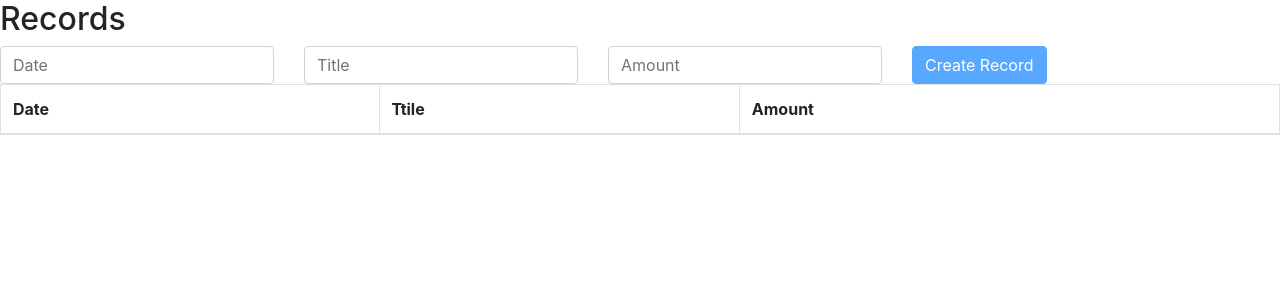
Repository: wjszydygns/accouts
Page: /
An editor plug-in stored every save of this project. The page is shown before and after the next save, followed by the edit.
The browser window is 1280 px wide. The pictures show the whole page.
The page's requests for data from a server got no answer. The project was rebuilt for these pictures with package versions that can differ from the ones it lists, and the page was loaded fresh each time. No one was signed in, and anything a server would have sent is missing. Also part of the build but not shown: src/components/record.jsx.

Above is the page before, as saved 2018-11-30 15:26:50.

After the next save:
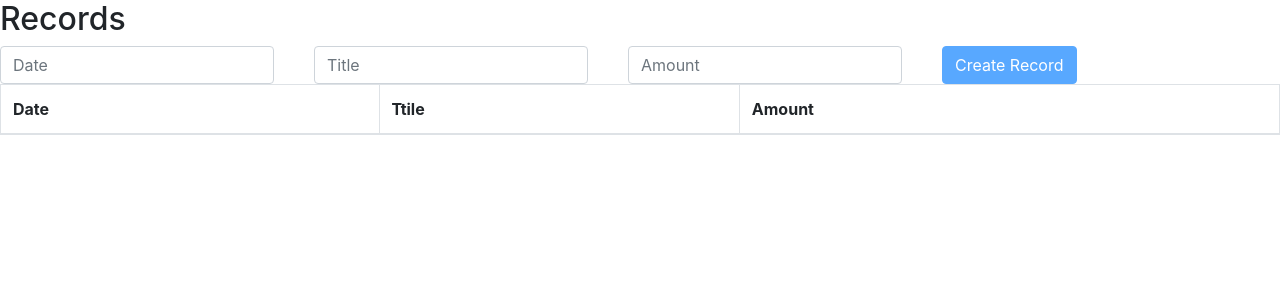
Saved 69 s later.
--- a/src/index.css
+++ b/src/index.css
@@ -9,6 +9,6 @@ body {
 }
 
 .form-group{
-    margin-right:30px;
+    margin-right:40px;
 
 }
